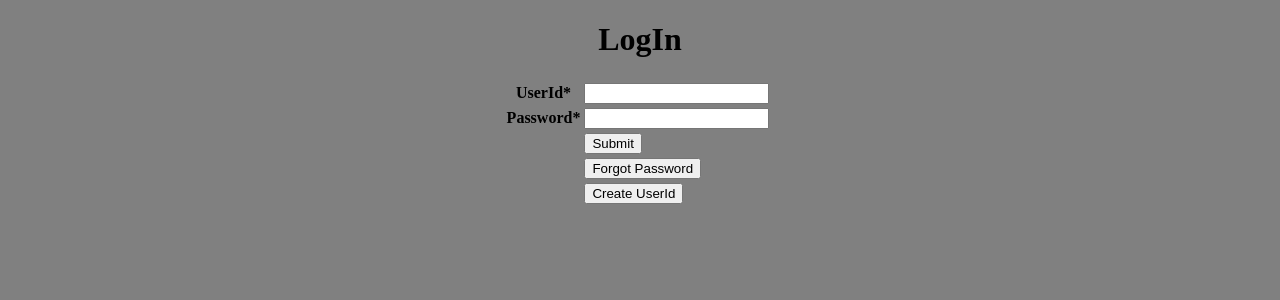
Repository: raviraj226/AdvanceJava
Page: http://localhost/Ravi_Maven/LoginWeb.jsp
The author's editor kept a copy of each file at every save. The page is drawn from the files as they stood at one save, then again after the next save.
The browser window is 1280 px wide. The pictures show the whole page.
The page is served by Tomcat 9. Other server files are loaded and not shown.

Above is the page before, as saved 2022-03-16 07:29:52.

### Advance Java/Ravi_Maven/src/main/webapp/LoginWeb.jsp
<%@ page language="java" contentType="text/html; charset=ISO-8859-1"
	pageEncoding="ISO-8859-1"%>
<!DOCTYPE html>
<html>
<head>
<meta charset="ISO-8859-1">
<title>Insert title here</title>
</head>
<body bgcolor="grey">
	<form action="LoginCtl" method="post">
		<table align="center">


			<h1 align="center">LogIn</h1>
			<%
				String error = (String) request.getAttribute("error");
				if (error != null) {
			%>
			<center>
				<font color="maroon"><%=error%></font>
			</center>
			<%
				}
			%>

			<tr>
				<th>UserId*</th>
				<td><input type="text" name="user"></td>
				<td>
					<%
						String errorlogin = (String) request.getAttribute("errorlogin");
						if (errorlogin != null) {
					%>
					<center>
						<font color="maroon"><%=errorlogin%></font>
					</center> <%
 	}
 %>
				</td>
			</tr>


			<th>Password*</th>
			<td><input type="password" name="pwd"></td>
			<td>
				<%
					String s2 = (String) request.getAttribute("errorpass");
					if (s2 != null) {
				%>
				<center>
					<font color="maroon"><%=s2%></font>
				</center> <%
 	}
 %>
			</td>


			<tr>
				<th></th>
				<td><input type="Submit" name="op" value="Submit"></input></td>
			</tr>


			<tr>
				<th></th>
				<td><input type="submit" value="Forgot Password"></td>
			</tr>
			<tr>
				<th></th>
				<td><a href="RegistrationForm.jsp"><input
						type="submit" value="Create UserId"></a></td>
			</tr>

		</table>
	</form>
</body>
</html>

After the next save:
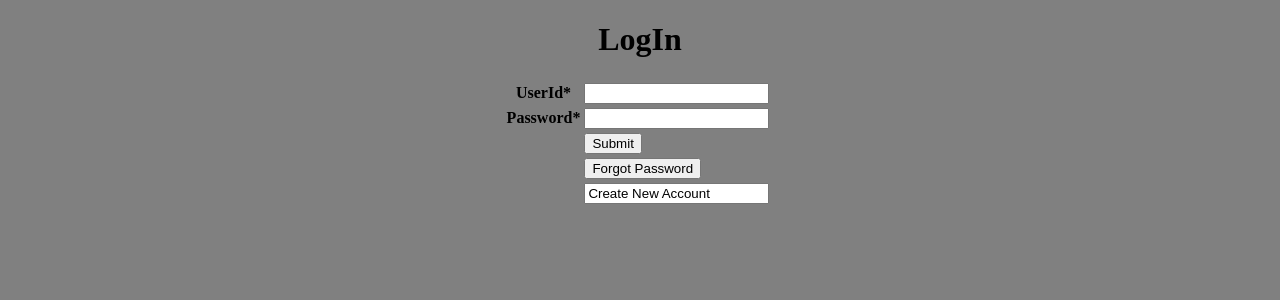
Saved 78 s later.
--- a/Advance Java/Ravi_Maven/src/main/webapp/LoginWeb.jsp
+++ b/Advance Java/Ravi_Maven/src/main/webapp/LoginWeb.jsp
@@ -65,11 +65,13 @@
 				<th></th>
 				<td><input type="submit" value="Forgot Password"></td>
 			</tr>
+
 			<tr>
 				<th></th>
 				<td><a href="RegistrationForm.jsp"><input
-						type="submit" value="Create UserId"></a></td>
+						type="new account" value="Create New Account"></a></td>
 			</tr>
+
 
 		</table>
 	</form>
